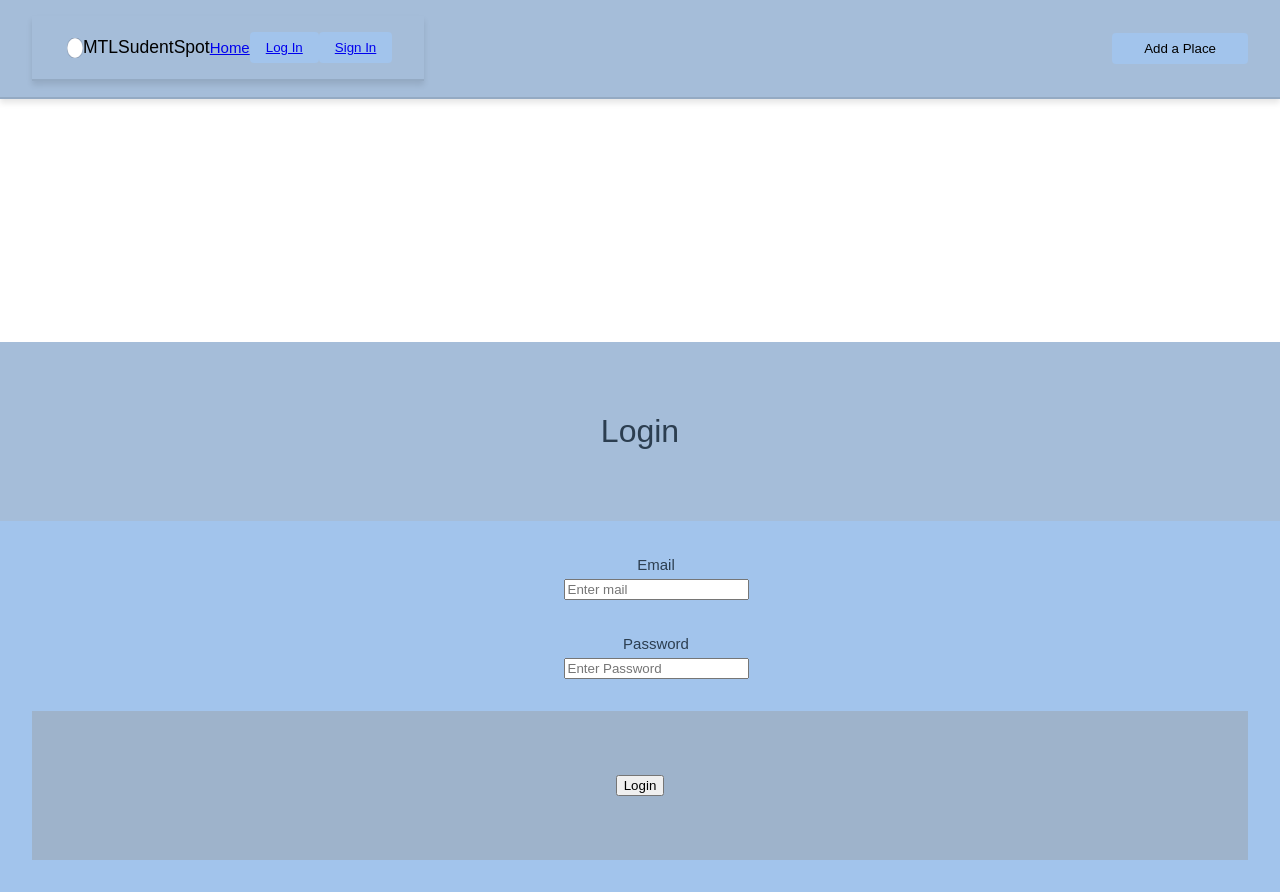
Repository: KevMn6ix/MOD8-2232-GRA-Damois-Leroi--Morant-Munto
Page: /login (app in client/)
The author's editor kept a copy of each file at every save. The page is drawn from the files as they stood at one save, then again after the next save.
The browser window is 1280 px wide. The pictures show the whole page.
The project was rebuilt for these pictures with package versions that can differ from the ones it lists, and the page was loaded fresh each time. Also part of the build but not shown: client/vite.config.js, client/src/components/HelloWorld.vue, client/src/components/NavBar.vue, client/src/components/RowLandingPage.vue, client/src/components/PlaceItem.vue, client/src/components/PlaceList.vue.

Above is the page before, as saved 2023-10-18 13:08:44.

After the next save:
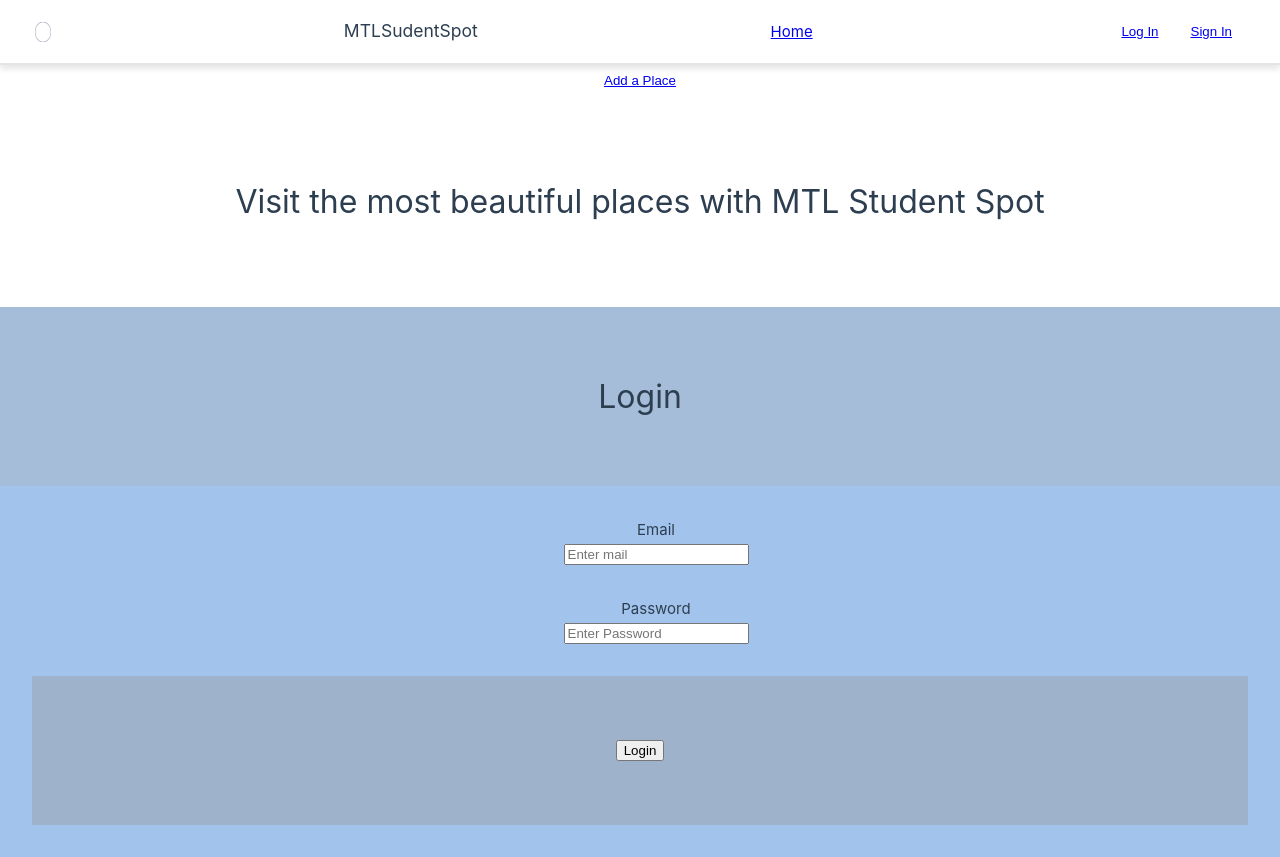
Saved 9 s later.
--- a/client/src/views/HomeView.vue
+++ b/client/src/views/HomeView.vue
@@ -51,7 +51,7 @@
   </footer>
 
 </template>
-<style >
+<style scoped>
 body, html {
     font-family: Arial, sans-serif;
     margin: 0;

After the save that followed:
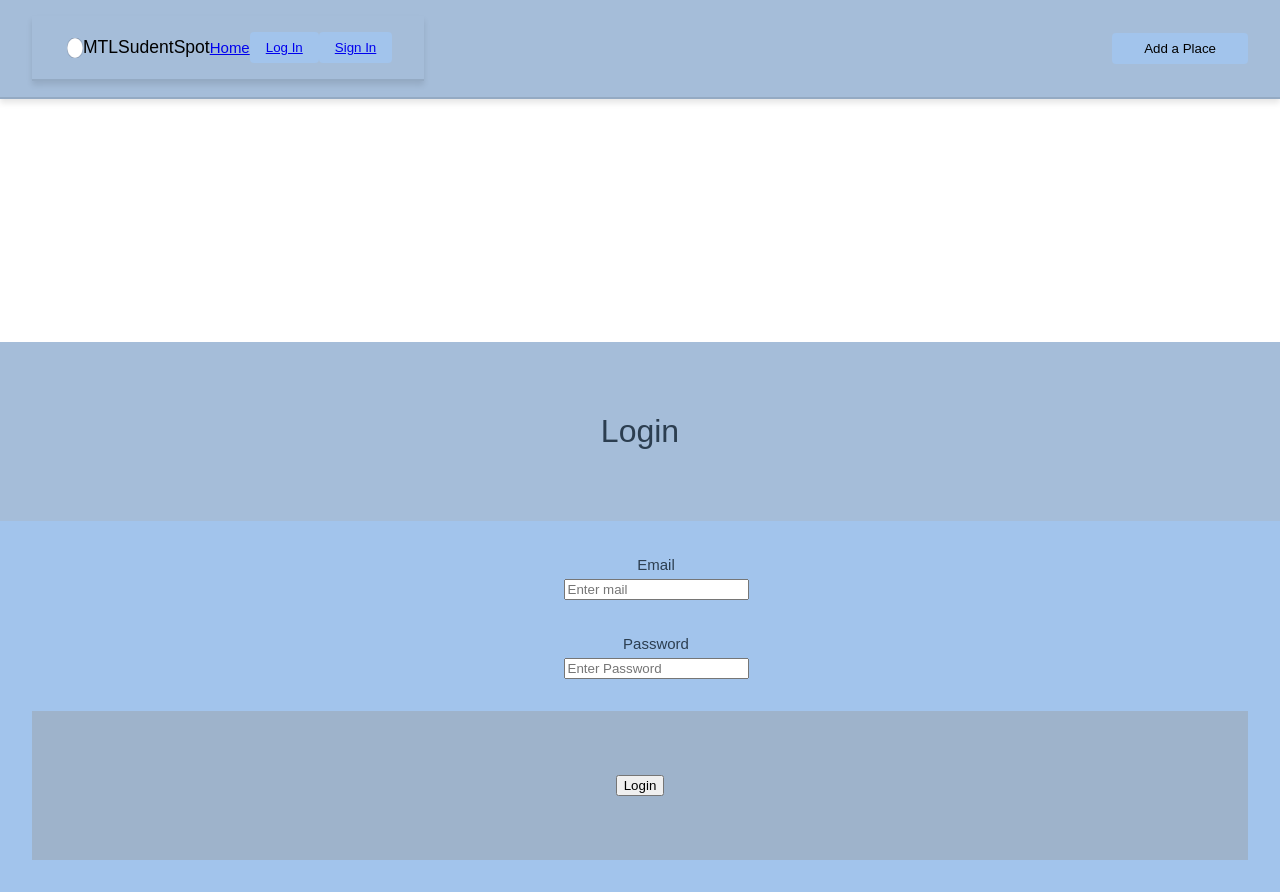
Saved 5 s later.
--- a/client/src/views/HomeView.vue
+++ b/client/src/views/HomeView.vue
@@ -51,7 +51,7 @@
   </footer>
 
 </template>
-<style scoped>
+<style >
 body, html {
     font-family: Arial, sans-serif;
     margin: 0;
